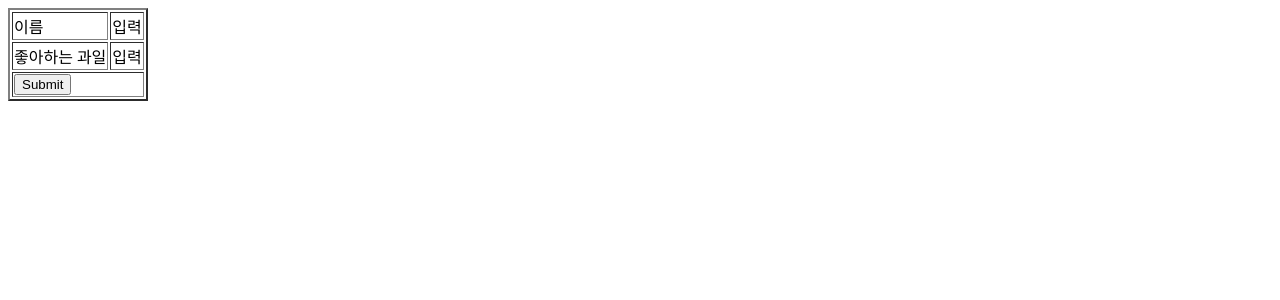
Repository: Jipumpkin/WebServer
Page: JSP2/src/main/webapp/input_info.html
The author's editor kept a copy of each file at every save. The page is drawn from the files as they stood at one save, then again after the next save.
The browser window is 1280 px wide. The pictures show the whole page.

Above is the page before, as saved 2024-08-07 02:35:04.

After the next save:
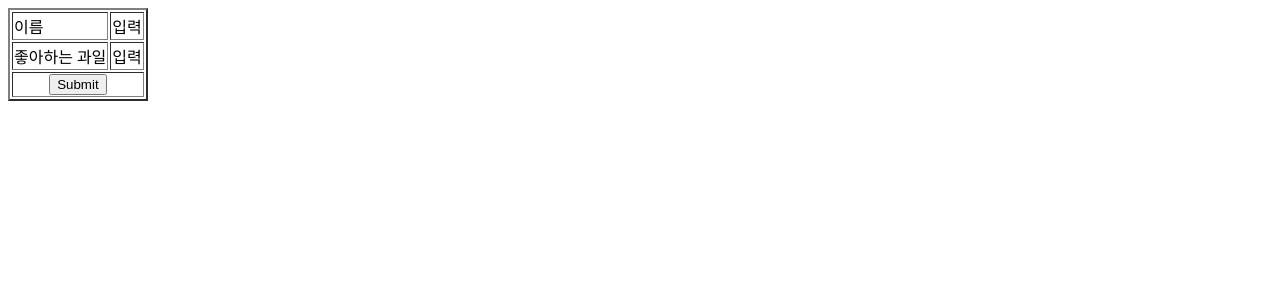
Saved 27 s later.
--- a/JSP2/src/main/webapp/input_info.html
+++ b/JSP2/src/main/webapp/input_info.html
@@ -5,7 +5,9 @@
 <title>Insert title here</title>
 </head>
 	<style>
-
+		.sub {
+			text-align: center;
+		}
 
 	</style>
 
@@ -20,7 +22,7 @@
 			<td>좋아하는 과일</td>
 			<td>입력</td>
 		</tr>
-		<tr>
+		<tr class="sub">
 			<td colspan="2"><input type="submit"> </td>
 		</tr>
 

After the save that followed:
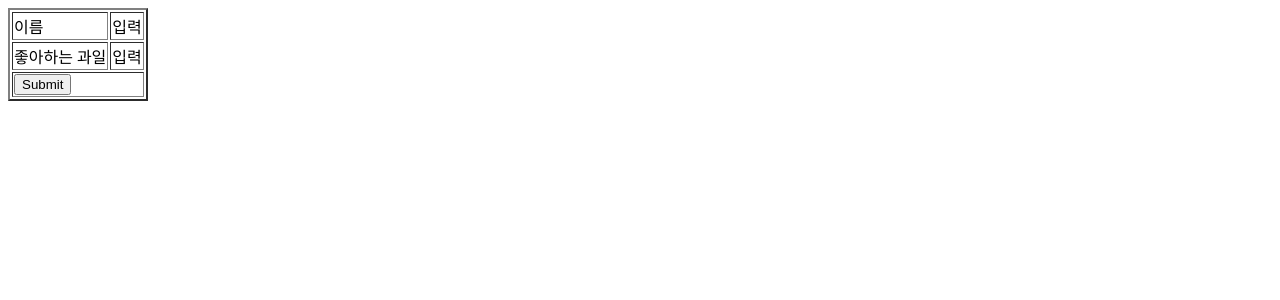
Saved 9 s later.
--- a/JSP2/src/main/webapp/input_info.html
+++ b/JSP2/src/main/webapp/input_info.html
@@ -6,7 +6,7 @@
 </head>
 	<style>
 		.sub {
-			text-align: center;
+			item-align: center;
 		}
 
 	</style>
